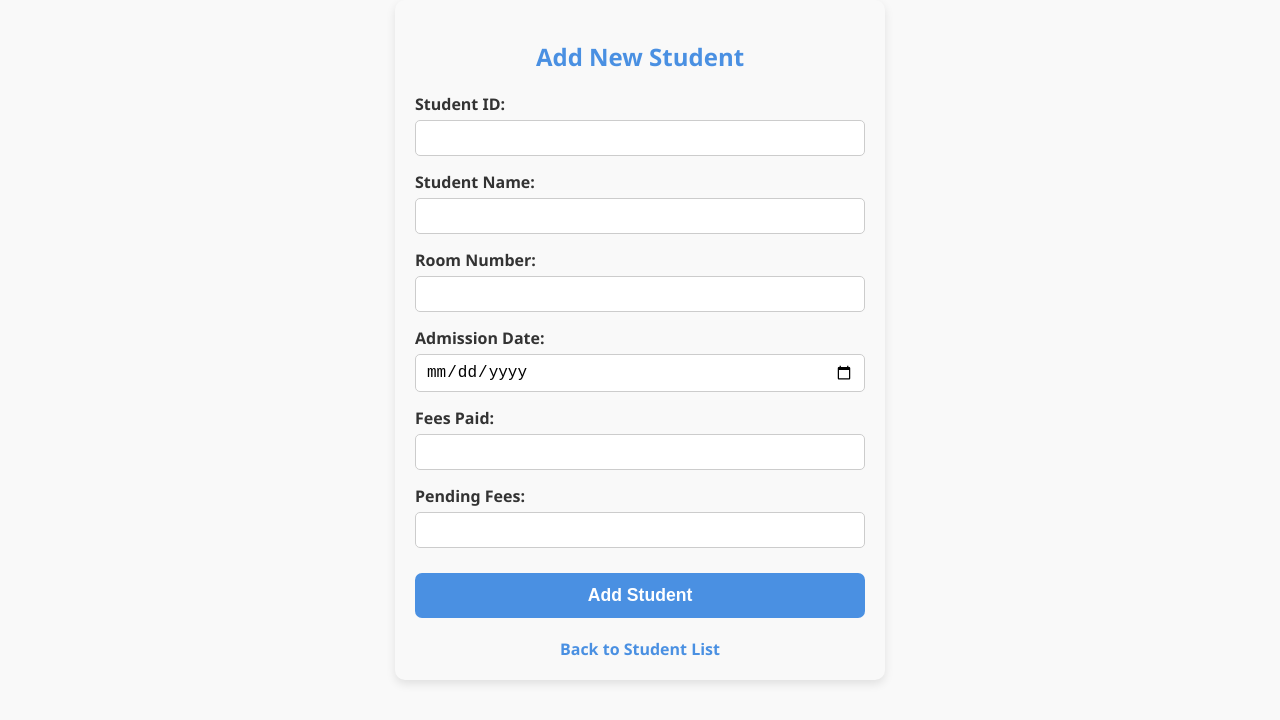
Repository: Keerthana2M/Hostel-Management-system
Page: http://localhost/Hostelweb/studentadd.jsp
These files come from the project's save history. The page is drawn as it stood at one moment and after the next save; the edit follows.
The browser window is 1280 px wide. The pictures show the whole page.
The page is served by Tomcat 9. Other server files are loaded and not shown.

Above is the page before, as saved 2025-05-28 13:23:10.

### Hostelweb/src/main/webapp/studentadd.jsp
<%@ page language="java" contentType="text/html; charset=UTF-8" pageEncoding="UTF-8"%>
<!DOCTYPE html>
<html>
<head>
  <title>Add New Student</title>
  <style>
    body {
      font-family: 'Segoe UI', Tahoma, Geneva, Verdana, sans-serif;
      background: #f9f9f9;
      padding: 20px;
      max-width: 450px;
      margin: auto;
      border-radius: 10px;
      box-shadow: 0 4px 10px rgba(0,0,0,0.1);
    }
    h2 {
      text-align: center;
      color: #4a90e2;
    }
    label {
      font-weight: bold;
      display: block;
      margin-top: 15px;
      color: #333;
    }
    input[type="text"],
    input[type="number"],
    input[type="date"] {
      width: 100%;
      padding: 8px 10px;
      margin-top: 5px;
      border: 1px solid #ccc;
      border-radius: 5px;
      box-sizing: border-box;
      font-size: 1rem;
      transition: border-color 0.3s;
    }
    input[type="text"]:focus,
    input[type="number"]:focus,
    input[type="date"]:focus {
      border-color: #4a90e2;
      outline: none;
    }
    input[type="submit"] {
      margin-top: 25px;
      width: 100%;
      background-color: #4a90e2;
      color: white;
      font-weight: bold;
      padding: 12px;
      border: none;
      border-radius: 7px;
      font-size: 1.1rem;
      cursor: pointer;
      transition: background-color 0.3s;
    }
    input[type="submit"]:hover {
      background-color: #357abd;
    }
    a {
      display: block;
      text-align: center;
      margin-top: 20px;
      color: #4a90e2;
      text-decoration: none;
      font-weight: 600;
    }
    a:hover {
      text-decoration: underline;
    }
  </style>
</head>
<body>
  <h2>Add New Student</h2>
  <form action="AddStudentServlet" method="post">
    <label for="studentId">Student ID:</label>
    <input type="number" id="studentId" name="studentId" required>

    <label for="studentName">Student Name:</label>
    <input type="text" id="studentName" name="studentName" required>

    <label for="roomNumber">Room Number:</label>
    <input type="text" id="roomNumber" name="roomNumber" required>

    <label for="admissionDate">Admission Date:</label>
    <input type="date" id="admissionDate" name="admissionDate" required>

    <label for="feesPaid">Fees Paid:</label>
    <input type="number" step="0.01" id="feesPaid" name="feesPaid" required>

    <label for="pendingFees">Pending Fees:</label>
    <input type="number" step="0.01" id="pendingFees" name="pendingFees" required>

    <input type="submit" value="Add Student">
  </form>

  <a href="studentdisplay.jsp">Back to Student List</a>
</body>
</html>

After the next save:
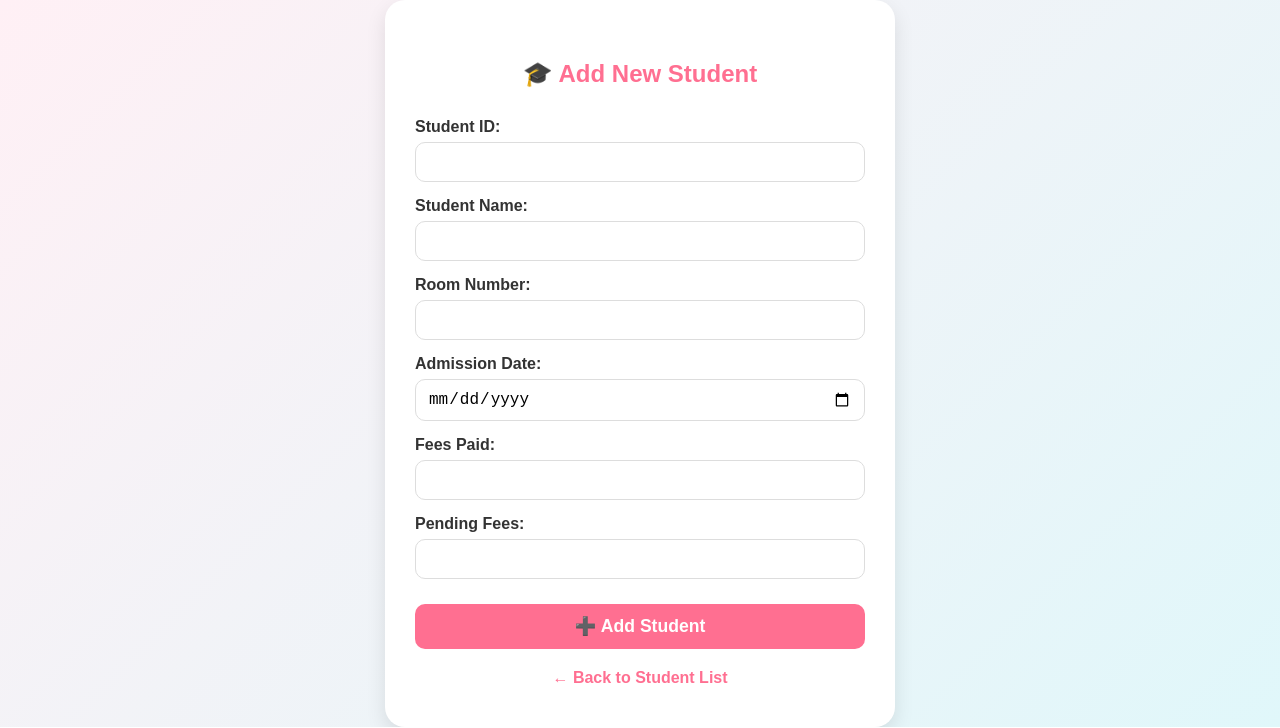
Saved 104 s later.
--- a/Hostelweb/src/main/webapp/studentadd.jsp
+++ b/Hostelweb/src/main/webapp/studentadd.jsp
@@ -5,95 +5,115 @@
   <title>Add New Student</title>
   <style>
     body {
-      font-family: 'Segoe UI', Tahoma, Geneva, Verdana, sans-serif;
-      background: #f9f9f9;
-      padding: 20px;
+      font-family: 'Poppins', sans-serif;
+      background: linear-gradient(135deg, #fff0f5, #e0f7fa);
+      display: flex;
+      align-items: center;
+      justify-content: center;
+      min-height: 100vh;
+      margin: 0;
+    }
+
+    .form-container {
+      background: white;
+      padding: 40px 30px;
+      border-radius: 20px;
+      box-shadow: 0 8px 20px rgba(0, 0, 0, 0.1);
       max-width: 450px;
-      margin: auto;
-      border-radius: 10px;
-      box-shadow: 0 4px 10px rgba(0,0,0,0.1);
+      width: 100%;
     }
+
     h2 {
       text-align: center;
-      color: #4a90e2;
+      color: #ff6f91;
+      margin-bottom: 30px;
     }
+
     label {
-      font-weight: bold;
       display: block;
       margin-top: 15px;
+      margin-bottom: 6px;
+      font-weight: 600;
       color: #333;
     }
+
     input[type="text"],
     input[type="number"],
     input[type="date"] {
       width: 100%;
-      padding: 8px 10px;
-      margin-top: 5px;
-      border: 1px solid #ccc;
-      border-radius: 5px;
+      padding: 10px 12px;
+      border: 1.5px solid #ddd;
+      border-radius: 10px;
+      font-size: 1rem;
       box-sizing: border-box;
-      font-size: 1rem;
-      transition: border-color 0.3s;
+      transition: border 0.3s, box-shadow 0.3s;
     }
+
     input[type="text"]:focus,
     input[type="number"]:focus,
     input[type="date"]:focus {
-      border-color: #4a90e2;
+      border-color: #ff6f91;
+      box-shadow: 0 0 5px rgba(255, 111, 145, 0.3);
       outline: none;
     }
+
     input[type="submit"] {
       margin-top: 25px;
       width: 100%;
-      background-color: #4a90e2;
+      background: #ff6f91;
       color: white;
-      font-weight: bold;
       padding: 12px;
       border: none;
-      border-radius: 7px;
+      border-radius: 10px;
       font-size: 1.1rem;
+      font-weight: bold;
       cursor: pointer;
-      transition: background-color 0.3s;
+      transition: background 0.3s ease;
     }
+
     input[type="submit"]:hover {
-      background-color: #357abd;
+      background: #ff4f77;
     }
+
     a {
       display: block;
+      margin-top: 20px;
       text-align: center;
-      margin-top: 20px;
-      color: #4a90e2;
+      color: #ff6f91;
+      font-weight: 600;
       text-decoration: none;
-      font-weight: 600;
     }
+
     a:hover {
       text-decoration: underline;
     }
   </style>
 </head>
 <body>
-  <h2>Add New Student</h2>
-  <form action="AddStudentServlet" method="post">
-    <label for="studentId">Student ID:</label>
-    <input type="number" id="studentId" name="studentId" required>
+  <div class="form-container">
+    <h2>🎓 Add New Student</h2>
+    <form action="AddStudentServlet" method="post">
+      <label for="studentId">Student ID:</label>
+      <input type="number" id="studentId" name="studentId" required>
 
-    <label for="studentName">Student Name:</label>
-    <input type="text" id="studentName" name="studentName" required>
+      <label for="studentName">Student Name:</label>
+      <input type="text" id="studentName" name="studentName" required>
 
-    <label for="roomNumber">Room Number:</label>
-    <input type="text" id="roomNumber" name="roomNumber" required>
+      <label for="roomNumber">Room Number:</label>
+      <input type="text" id="roomNumber" name="roomNumber" required>
 
-    <label for="admissionDate">Admission Date:</label>
-    <input type="date" id="admissionDate" name="admissionDate" required>
+      <label for="admissionDate">Admission Date:</label>
+      <input type="date" id="admissionDate" name="admissionDate" required>
 
-    <label for="feesPaid">Fees Paid:</label>
-    <input type="number" step="0.01" id="feesPaid" name="feesPaid" required>
+      <label for="feesPaid">Fees Paid:</label>
+      <input type="number" step="0.01" id="feesPaid" name="feesPaid" required>
 
-    <label for="pendingFees">Pending Fees:</label>
-    <input type="number" step="0.01" id="pendingFees" name="pendingFees" required>
+      <label for="pendingFees">Pending Fees:</label>
+      <input type="number" step="0.01" id="pendingFees" name="pendingFees" required>
 
-    <input type="submit" value="Add Student">
-  </form>
-
-  <a href="studentdisplay.jsp">Back to Student List</a>
+      <input type="submit" value="➕ Add Student">
+    </form>
+    <a href="studentdisplay.jsp">← Back to Student List</a>
+  </div>
 </body>
 </html>
